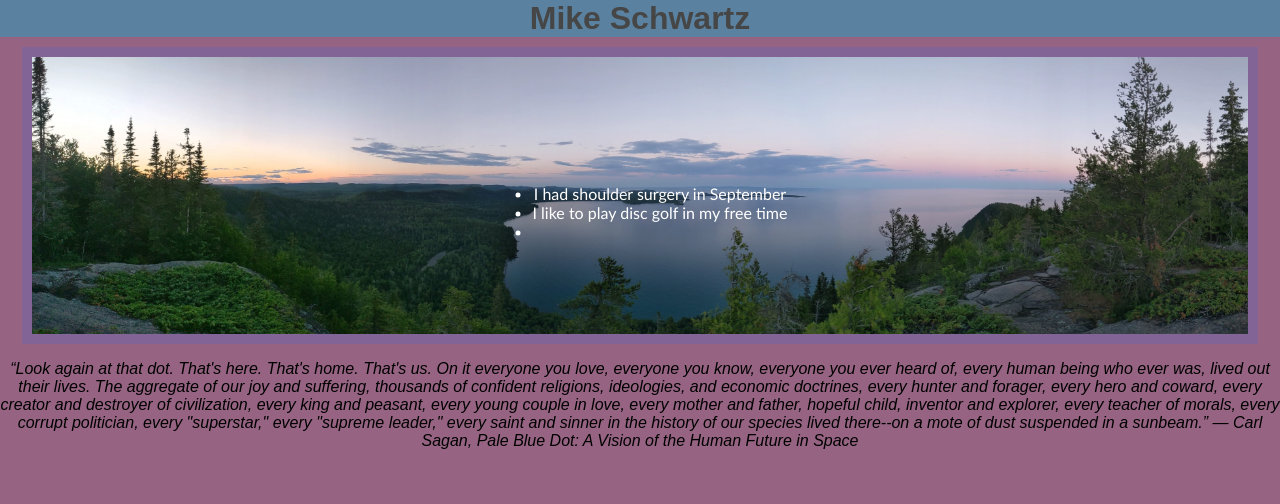
Repository: Ellusionism/prime-pw-week-1-assignment
Page: assignment/index.html
An editor plug-in stored every save of this project. The page is shown before and after a run of saves, followed by the edit.
The browser window is 1280 px wide. The pictures show the whole page.

Above is the page before, as saved 2022-10-26 16:11:38.

After the next 5 saves:
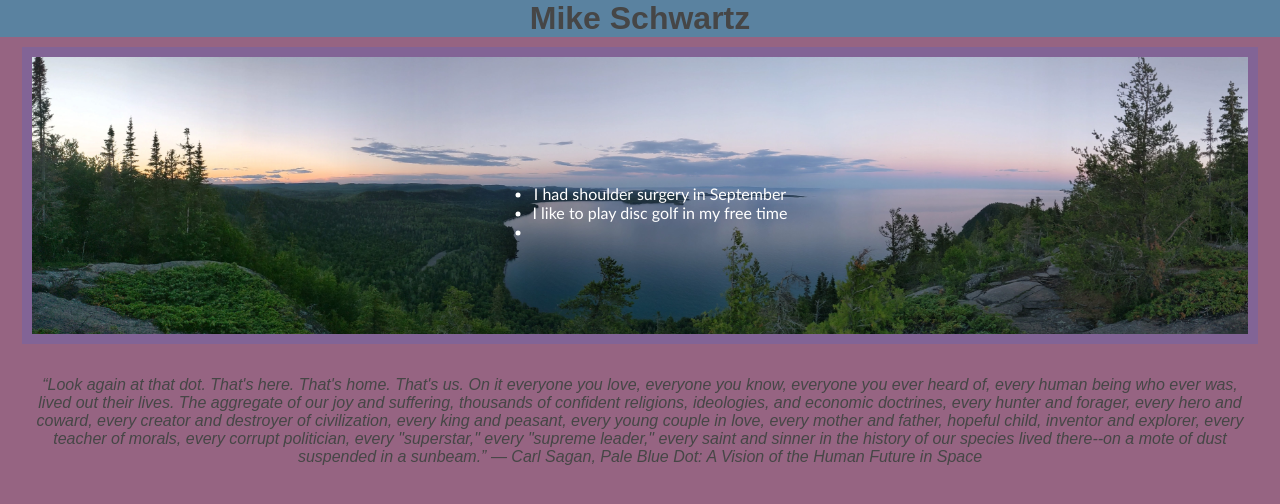
The 5 saves are shown as one change because they came seconds apart.
The last was saved 15 s later.
--- a/assignment/style.css
+++ b/assignment/style.css
@@ -17,7 +17,7 @@ header {
 }
 /* Make your p tag a different color and italic */
 .fav-quote {
- margin
+ margin: 2.5%;
  color: rgb(70, 70, 70);
  font-style: italic;
  text-align: center;
